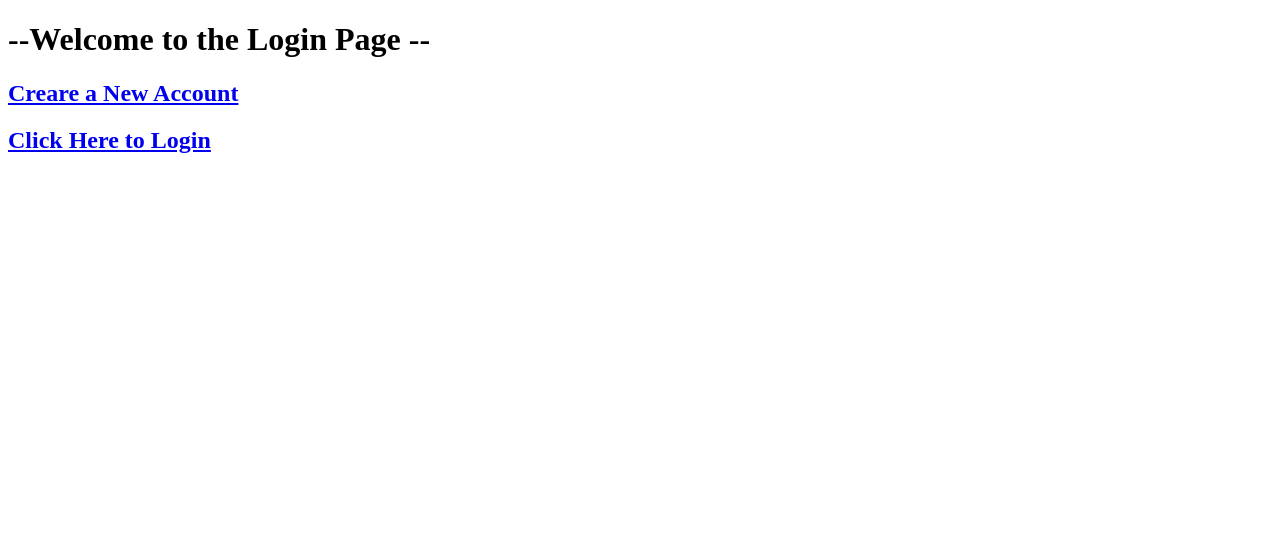
Repository: Nitingupta04/work
Page: Servlet_Projects/Jtc1/src/main/webapp/login.html
An editor plug-in stored every save of this project. The page is shown before and after the next save, followed by the edit.
The browser window is 1280 px wide. The pictures show the whole page.

Above is the page before, as saved 2024-06-28 05:06:46.

After the next save:
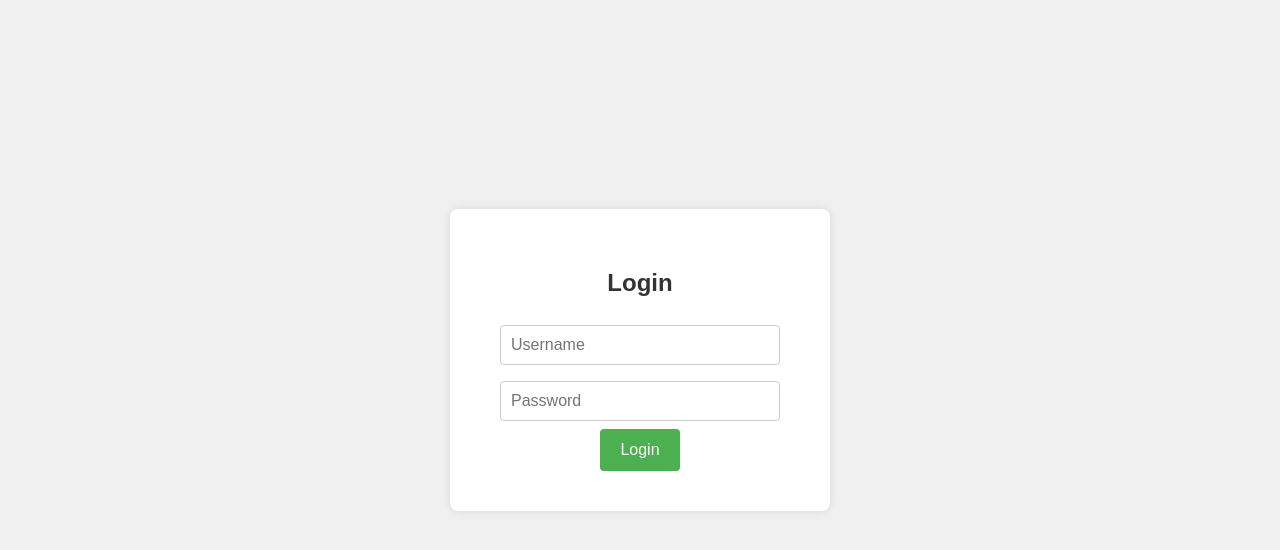
Saved 2 days later.
--- a/Servlet_Projects/Jtc1/src/main/webapp/login.html
+++ b/Servlet_Projects/Jtc1/src/main/webapp/login.html
@@ -1,17 +1,64 @@
 <!DOCTYPE html>
-<html>
-
+<html lang="en">
 <head>
-	<meta charset="ISO-8859-1">
-	<title>Login Servlet</title>
+<meta charset="UTF-8">
+<meta name="viewport" content="width=device-width, initial-scale=1.0">
+<title>Login Page</title>
+<style>
+  body {
+    font-family: Arial, sans-serif;
+    background-color: #f0f0f0;
+    display: flex;
+    justify-content: center;
+    align-items: center;
+    height: 100vh;
+    margin: 0;
+  }
+  .login-container {
+    background-color: #fff;
+    border-radius: 8px;
+    box-shadow: 0 0 10px rgba(0,0,0,0.1);
+    padding: 40px;
+    width: 300px;
+    text-align: center;
+  }
+  .login-container h2 {
+    margin-bottom: 20px;
+    color: #333;
+  }
+  .login-container input[type="text"],
+  .login-container input[type="password"] {
+    width: calc(100% - 20px);
+    padding: 10px;
+    margin: 8px 0;
+    border: 1px solid #ccc;
+    border-radius: 4px;
+    box-sizing: border-box;
+    font-size: 16px;
+  }
+  .login-container input[type="submit"] {
+    background-color: #4CAF50;
+    color: white;
+    padding: 12px 20px;
+    border: none;
+    border-radius: 4px;
+    cursor: pointer;
+    font-size: 16px;
+    transition: background-color 0.3s ease;
+  }
+  .login-container input[type="submit"]:hover {
+    background-color: #45a049;
+  }
+</style>
 </head>
-
 <body>
-	<h1>--Welcome to the Login Page -- </h1>
-
-	<h2><a href=newaccount.html>Creare a New Account </a></h2>
-	<h2><a href=login.html>Click Here to Login</a></h2>
-
+<div class="login-container">
+  <h2>Login</h2>
+  <form action="/login" method="post">
+    <input type="text" id="username" name="username" placeholder="Username" required><br>
+    <input type="password" id="password" name="password" placeholder="Password" required><br>
+    <input type="submit" value="Login">
+  </form>
+</div>
 </body>
-
 </html>
